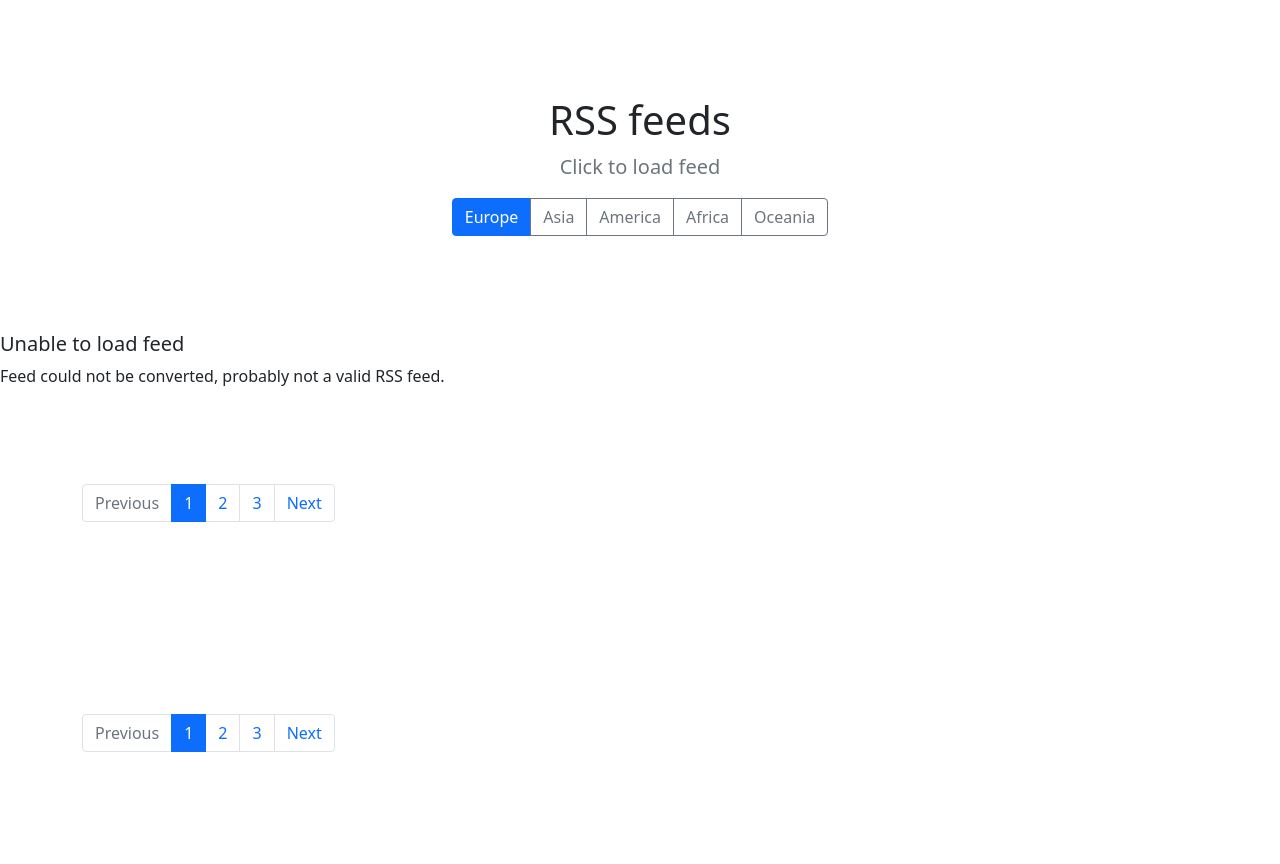
Repository: lilit1121/Templating-DOM-manipulation-and-data-processing
Page: europe.html
An editor plug-in stored every save of this project. The page is shown before and after a run of saves, followed by the edit.
The browser window is 1280 px wide. The pictures show the whole page.
The page's requests for data from a server got no answer.

Above is the page before, as saved 2023-02-09 16:03:39.

After the next 2 saves:
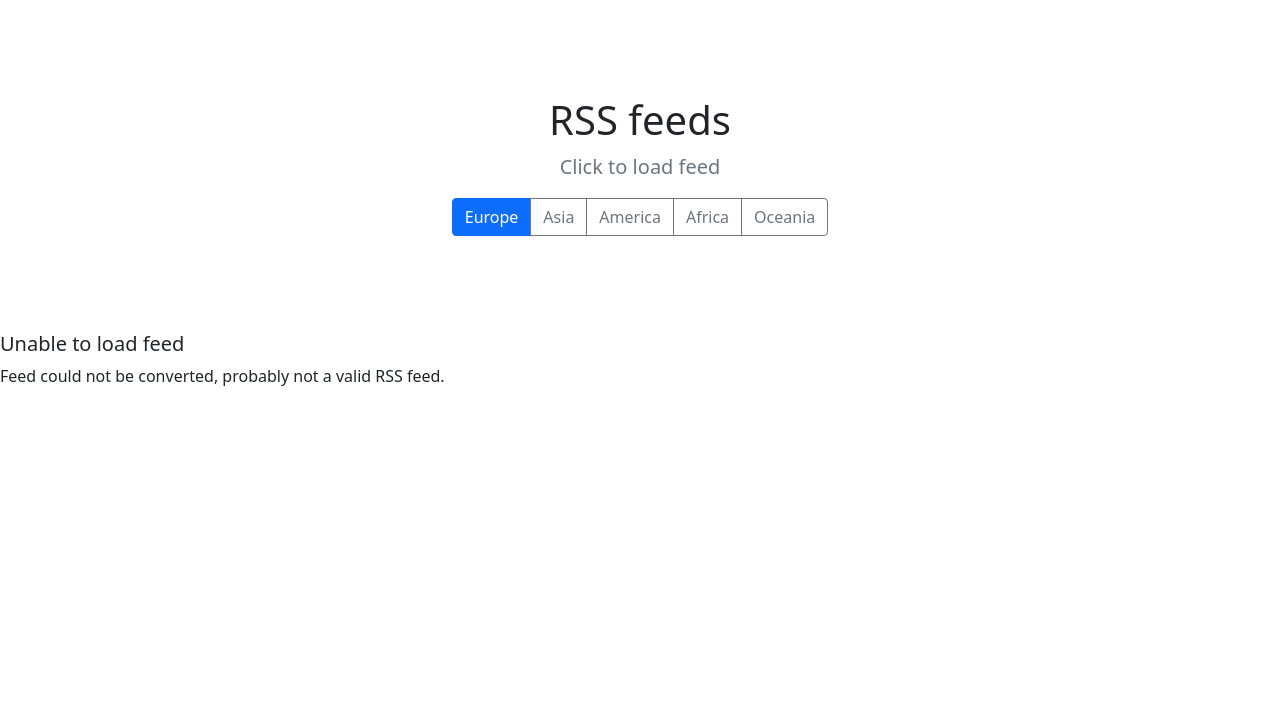
The 2 saves are shown as one change because they came seconds apart.
The last was saved 6 s later.
--- a/script.js
+++ b/script.js
@@ -72,7 +72,7 @@ function showCountrys(countriesData, sliceStart) {
 
 (async function getCountriesDataByRegion() {
   loadding.style.display = "contents";
-  main_container.style.display = "contents";
+  main_container.style.display = "none";
   await fetch(
     `https://restcountries.com/v3.1/region/${
       window.location.pathname.slice(1).split(".")[0]
